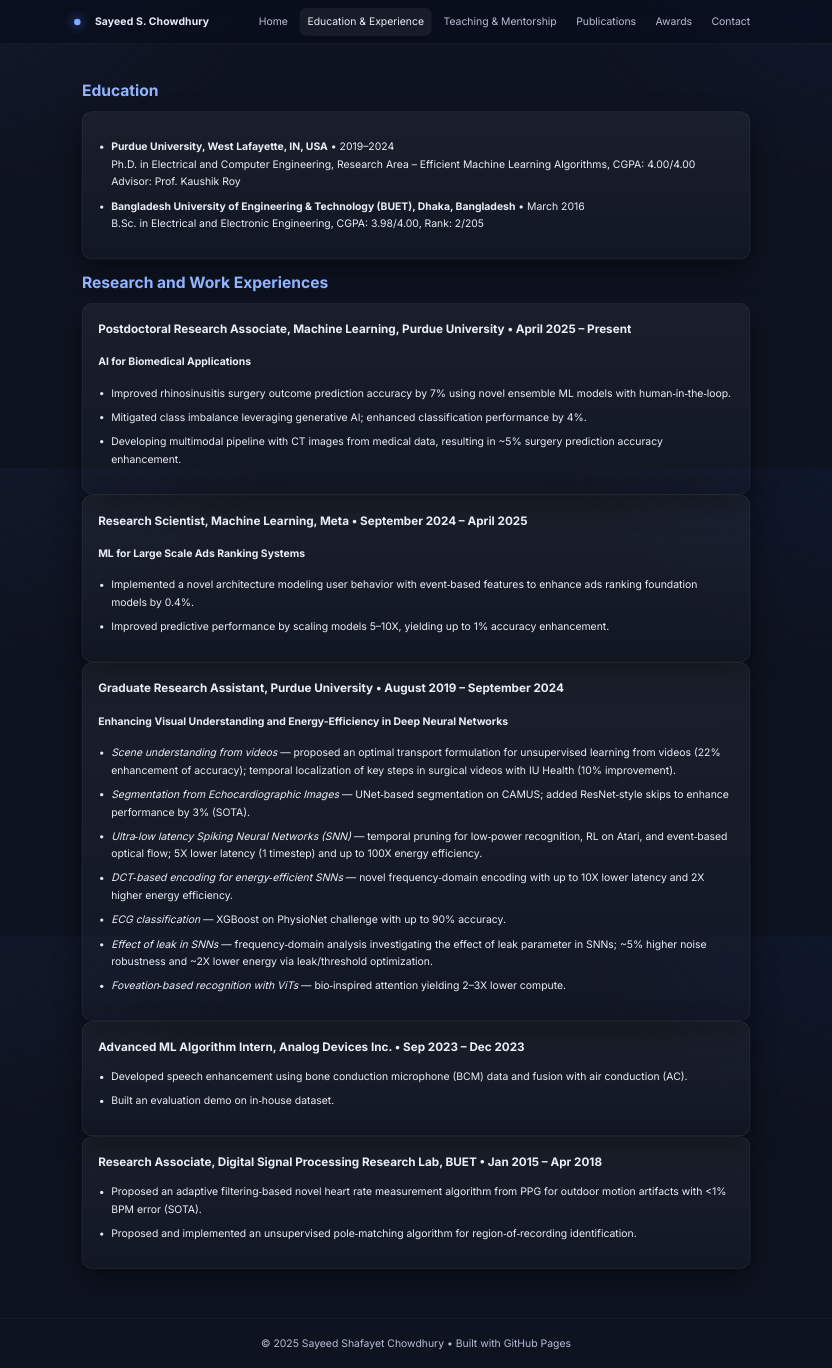
Repository: SayeedChowdhury/SayeedChowdhury.github.io
Page: edu-exp.html
An editor plug-in stored every save of this project. The page is shown before and after the next save, followed by the edit.
The browser window is 1280 px wide. The pictures show the whole page, at 65% of full size.

Above is the page before, as saved 2025-08-11 12:09:14.

### edu-exp.html
<!doctype html>
<html lang="en">
<head>
  <meta charset="utf-8">
  <meta name="viewport" content="width=device-width, initial-scale=1">
  <title>Education & Experience • Sayeed S. Chowdhury</title>
  <link rel="preconnect" href="https://fonts.googleapis.com">
  <link rel="preconnect" href="https://fonts.gstatic.com" crossorigin>
  <link href="https://fonts.googleapis.com/css2?family=Inter:wght@400;600;700&display=swap" rel="stylesheet">
  <link rel="stylesheet" href="assets/style.css">
</head>
<body>
<div class="nav">
  <div class="inner container">
    <div class="brand"><span class="dot"></span> <a href="index.html" style="text-decoration:none;color:inherit;">Sayeed S. Chowdhury</a></div>
    <div style="margin-left:auto; display:flex; gap:6px; flex-wrap:wrap">
      <a href="index.html" class="">Home</a>
      <a href="edu-exp.html" class="active">Education & Experience</a>
      <a href="teaching.html" class="">Teaching & Mentorship</a>
      <!-- <a href="research.html" class="">Research</a> -->
      <a href="publications.html" class="">Publications</a>
      <a href="awards.html" class="">Awards</a>
      <a href="contact.html" class="">Contact</a>
    </div>
  </div>
</div>
<div class="container">

<section class="section">
  <!-- <div class="kicker">Education</div> -->
  <h2>Education</h2>
  <div class="card">
    <ul class="list">
      <li><strong>Purdue University, West Lafayette, IN, USA</strong> • 2019–2024<br>
          Ph.D. in Electrical and Computer Engineering, Research Area – Efficient Machine Learning Algorithms, CGPA: 4.00/4.00<br>
          Advisor: Prof. Kaushik Roy
      </li>
      <li><strong>Bangladesh University of Engineering & Technology (BUET), Dhaka, Bangladesh</strong> • March 2016<br>
          B.Sc. in Electrical and Electronic Engineering, CGPA: 3.98/4.00, Rank: 2/205
      </li>
    </ul>
  </div>

  <!-- <div class="kicker">Research and Work Experiences</div> -->
  <h2>Research and Work Experiences</h2>
  <div class="card">
    <h3>Postdoctoral Research Associate, Machine Learning, Purdue University • April 2025 – Present</h3>
    <h4>AI for Biomedical Applications</h4>
    <ul class="list">
      <li>Improved rhinosinusitis surgery outcome prediction accuracy by 7% using novel ensemble ML models with human‑in‑the‑loop.</li>
      <li>Mitigated class imbalance leveraging generative AI; enhanced classification performance by 4%.</li>
      <li>Developing multimodal pipeline with CT images from medical data, resulting in ~5% surgery prediction accuracy enhancement.</li>
    </ul>
  </div>
  <div class="card">
    <h3>Research Scientist, Machine Learning, Meta • September 2024 – April 2025</h3>
    <h4>ML for Large Scale Ads Ranking Systems</h4>
    <ul class="list">
      <li>Implemented a novel architecture modeling user behavior with event‑based features to enhance ads ranking foundation models by 0.4%.</li>
      <li>Improved predictive performance by scaling models 5–10X, yielding up to 1% accuracy enhancement.</li>
    </ul>
  </div>
  <div class="card">
    <h3>Graduate Research Assistant, Purdue University • August 2019 – September 2024</h3>
    <h4>Enhancing Visual Understanding and Energy-Efficiency in Deep Neural Networks</h4>
    <ul class="list">
      <li><em>Scene understanding from videos</em> — proposed an optimal transport formulation for unsupervised learning from videos (22% enhancement of accuracy); temporal localization of key steps in surgical videos with IU Health (10% improvement).</li>
      <li><em>Segmentation from Echocardiographic Images</em> — UNet‑based segmentation on CAMUS; added ResNet‑style skips to enhance performance by 3% (SOTA).</li>
      <li><em>Ultra‑low latency Spiking Neural Networks (SNN)</em> — temporal pruning for low‑power recognition, RL on Atari, and event‑based optical flow; 5X lower latency (1 timestep) and up to 100X energy efficiency.</li>
      <li><em>DCT‑based encoding for energy‑efficient SNNs</em> — novel frequency‑domain encoding with up to 10X lower latency and 2X higher energy efficiency.</li>
      <li><em>ECG classification</em> — XGBoost on PhysioNet challenge with up to 90% accuracy.</li>
      <li><em>Effect of leak in SNNs</em> — frequency‑domain analysis investigating the effect of leak parameter in SNNs; ~5% higher noise robustness and ~2X lower energy via leak/threshold optimization.</li>
      <li><em>Foveation‑based recognition with ViTs</em> — bio‑inspired attention yielding 2–3X lower compute.</li>
    </ul>
  </div>
  <div class="card">
    <h3>Advanced ML Algorithm Intern, Analog Devices Inc. • Sep 2023 – Dec 2023</h3>
    <ul class="list">
      <li>Developed speech enhancement using bone conduction microphone (BCM) data and fusion with air conduction (AC).</li>
      <li>Built an evaluation demo on in‑house dataset.</li>
    </ul>
  </div>
  <div class="card">
    <h3>Research Associate, Digital Signal Processing Research Lab, BUET • Jan 2015 – Apr 2018</h3>
    <ul class="list">
      <li>Proposed an adaptive filtering‑based novel heart rate measurement algorithm from PPG for outdoor motion artifacts with &lt;1% BPM error (SOTA).</li>
      <li>Proposed and implemented an unsupervised pole‑matching algorithm for region‑of‑recording identification.</li>
    </ul>
  </div>

  <!-- <div class="kicker">Teaching Experience</div>
  <div class="card">
    <h3>Visiting Assistant Professor, Purdue University • August 2025 – Present</h3>
    <ul class="list">
      <li>Designed and taught upper‑undergrad AI for IoT (instructor of record); guest lectures in Artificial Intelligence.</li>
      <li>Supervising capstone on transfer learning for biomedical AI.</li>
    </ul>

    <h3>Lecturer, Ahsanullah University of Science and Technology (AUST), Dhaka • 2018</h3>
    <ul class="list">
      <li>Taught C++ and MATLAB programming; instructor of record for VLSI (theory & lab), contributed curriculum & lab manual.</li>
    </ul>

    <h3>Lecturer, Bangladesh University of Engineering & Technology (BUET), Dhaka • 2016–2017</h3>
    <ul class="list">
      <li>Courses: Signals & Systems (EEE 301), Electrical DC/AC Circuits (EEE 101/105), Measurement & Instrumentation (EEE 407), DSP (EEE 307); taught 12 lab sections including programming.</li>
    </ul>

    <h3>Lecturer, BRAC University, Dhaka • 2016</h3>
    <ul class="list">
      <li>Digital Signal Processing (theory and laboratory); led power system protection lab for multiple sections.</li>
    </ul>
  </div> -->
</section>

</div>
<div class="footer">© 2025 Sayeed Shafayet Chowdhury • Built with GitHub Pages</div>
</body>
</html>

### assets/style.css

:root{
  --bg:#0e1320;
  --bg-grad1:#121a2d;
  --panel:#151b2e;
  --panel-2:#101626;
  --ink:#e9eef7;
  --muted:#b4c0d6;
  --navy:#92b4ff;
  --gold:#f3c77a;
  --border:rgba(255,255,255,.08);
  --shadow:0 16px 40px rgba(0,0,0,.45);
  --radius:16px;
}

*{box-sizing:border-box}
html,body{height:100%}
body{
  margin:0;
  color:var(--ink);
  background:
    radial-gradient(900px 600px at -10% -10%, var(--bg-grad1) 0%, transparent 60%),
    radial-gradient(900px 600px at 110% -10%, #0f1830 0%, transparent 60%),
    var(--bg);
  font:16px/1.7 "Inter", system-ui, -apple-system, Segoe UI, Roboto, Helvetica, Arial;
  -webkit-font-smoothing:antialiased;
}

.container{max-width:1100px;margin:0 auto;padding:24px}

.nav{
  position:sticky; top:0; z-index:10;
  background:rgba(9,13,24,.7);
  backdrop-filter:saturate(170%) blur(10px);
  border-bottom:1px solid var(--border);
}
.nav .inner{display:flex; align-items:center; gap:16px; padding:12px 24px;}
.nav .brand{display:flex; align-items:center; gap:10px; font-weight:700; letter-spacing:.2px; color:var(--ink)}
.nav .brand .dot{width:10px;height:10px;border-radius:50%;background:linear-gradient(45deg,var(--navy),#6aa0ff); box-shadow:0 0 16px #4e79ff}
.nav a{color:var(--muted); text-decoration:none; padding:8px 12px; border-radius:10px}
.nav a.active, .nav a:hover{color:var(--ink); background:rgba(255,255,255,.06)}

.hero{
  display:grid; grid-template-columns:1.1fr .9fr; gap:28px; align-items:stretch;
  padding:48px 24px 12px;
}
.card{
  background:linear-gradient(180deg, rgba(255,255,255,.05), rgba(255,255,255,.02));
  border:1px solid var(--border);
  border-radius:var(--radius);
  box-shadow:var(--shadow);
  padding:24px;
}
h1{font-size:32px; margin:0 0 4px}
h2{font-size:24px;margin:16px 0 10px;color:var(--navy)}
h3{font-size:18px;margin:0 0 6px}
.lead{color:var(--muted); font-size:16px}
.badges{display:flex; flex-wrap:wrap; gap:10px; margin-top:14px}
.badge{background:rgba(146,180,255,.14); border:1px solid rgba(146,180,255,.4); color:#d9e4ff; padding:6px 10px; border-radius:999px; font-size:13px}

.row{display:flex; gap:18px; flex-wrap:wrap; align-items:center}
.cta{display:flex; gap:12px; flex-wrap:wrap; margin-top:12px}
.button{display:inline-flex;align-items:center;gap:10px;padding:12px 16px;border-radius:12px;border:1px solid var(--border);background:rgba(146,180,255,.16);color:var(--ink);text-decoration:none;font-weight:600}
.button.secondary{background:rgba(255,255,255,.04)}

.headshot{width:160px;height:160px;border-radius:50%;object-fit:cover;border:3px solid rgba(255,255,255,.08);box-shadow:var(--shadow)}

.section{padding:12px}
.kicker{color:var(--gold);font-weight:700;letter-spacing:.4px;text-transform:uppercase;font-size:12px}

.list{padding-left:20px}
.list li{margin:10px 0}

.footer{border-top:1px solid var(--border); color:var(--muted); padding:24px; text-align:center; margin-top:40px}

@media (max-width: 900px){
  .hero{grid-template-columns:1fr}
}

@media print{
  .nav,.footer,.cta{display:none}
  body{background:white;color:#111}
  .card{box-shadow:none}
}

/* General link style */
a {
  color: #f5c542; /* light gold color */
  text-decoration: none; /* optional: remove underline */
}

/* Hover effect */
a:hover {
  color: #ffdb70; /* slightly brighter gold */
  text-decoration: underline; /* optional: underline on hover */
}

/* Visited links (to avoid purple) */
a:visited {
  color: #f5c542;
}

After the next save:
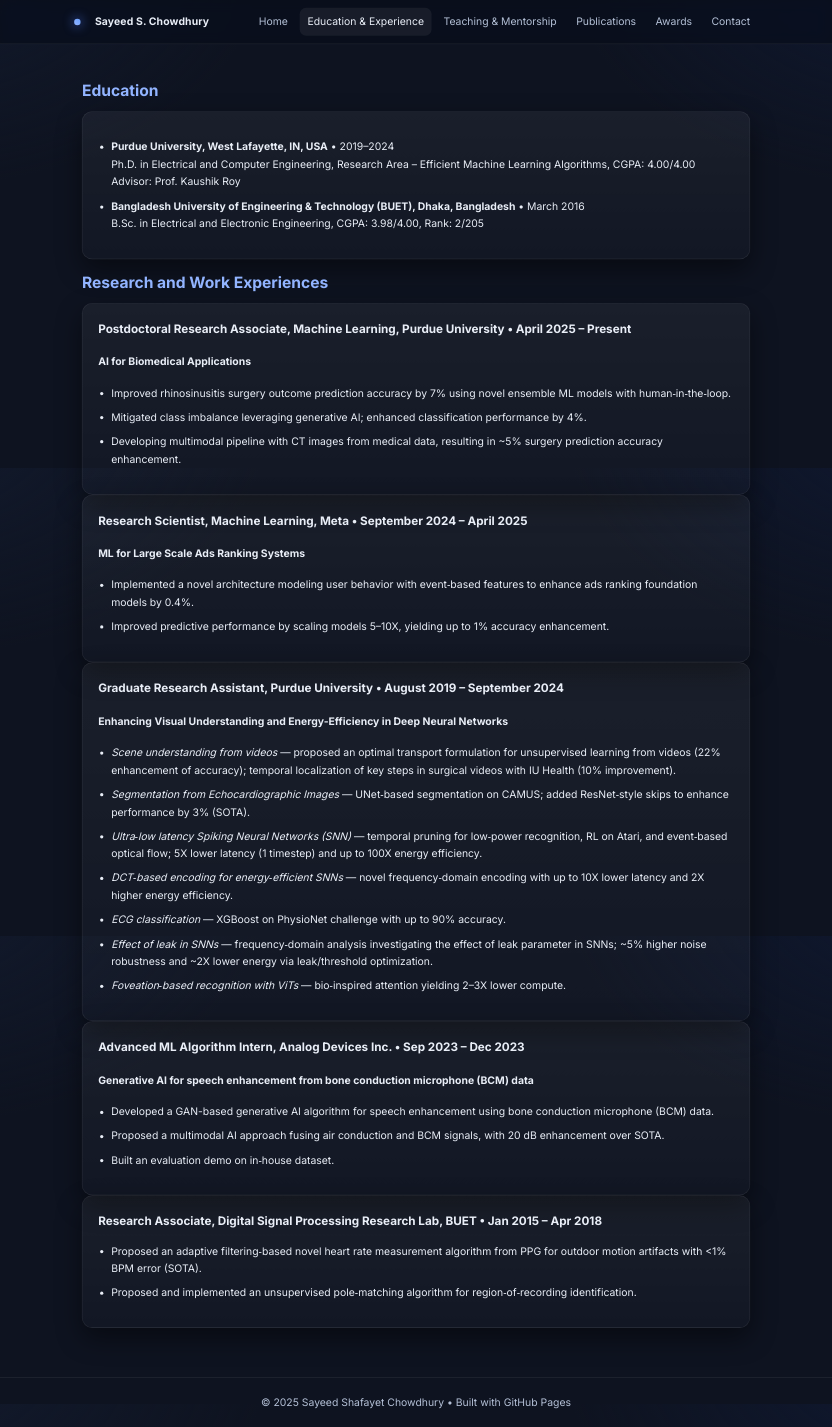
Saved 6 min 3 s later.
--- a/edu-exp.html
+++ b/edu-exp.html
@@ -75,8 +75,11 @@
   </div>
   <div class="card">
     <h3>Advanced ML Algorithm Intern, Analog Devices Inc. • Sep 2023 – Dec 2023</h3>
+    <h4>Generative AI for speech enhancement from bone conduction microphone (BCM) data</h4>
     <ul class="list">
-      <li>Developed speech enhancement using bone conduction microphone (BCM) data and fusion with air conduction (AC).</li>
+      <li>Developed a GAN-based generative AI algorithm for speech enhancement using bone conduction microphone (BCM)
+        data.</li>
+      <li>Proposed a multimodal AI approach fusing air conduction and BCM signals, with 20 dB enhancement over SOTA.</li>
       <li>Built an evaluation demo on in‑house dataset.</li>
     </ul>
   </div>
